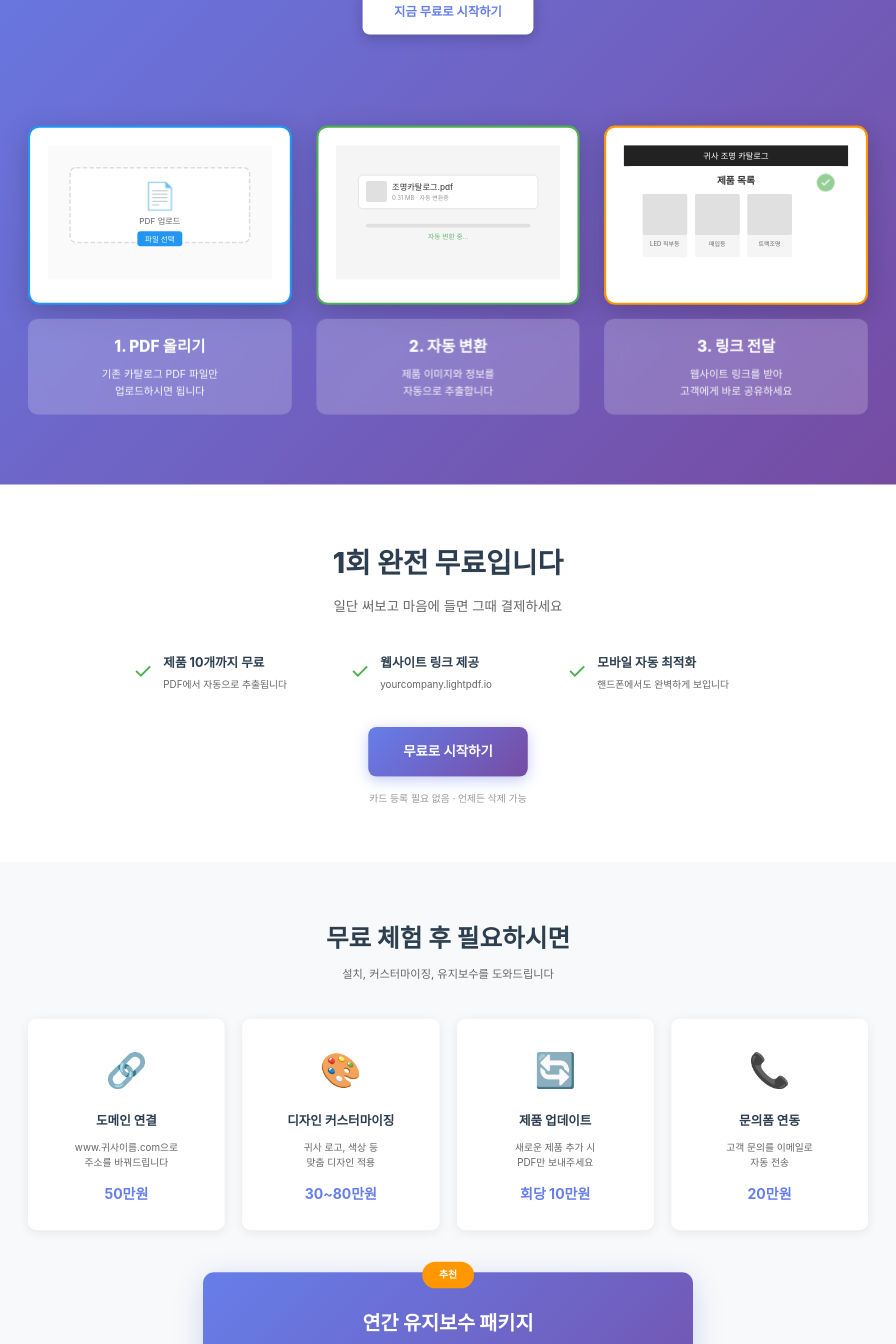
Repository: ororso11/catamaster
Page: frontend/public/index.html
These files come from the project's save history. The page is drawn as it stood at one moment and after the next save; the edit follows.
The browser window is 1280 px wide. The pictures show the part of the page from y = 429 to 2349 px (the page is 4336 px tall), at 70% of full size.

Above is the page before, as saved 2025-10-05 18:14:02.

After the next save:
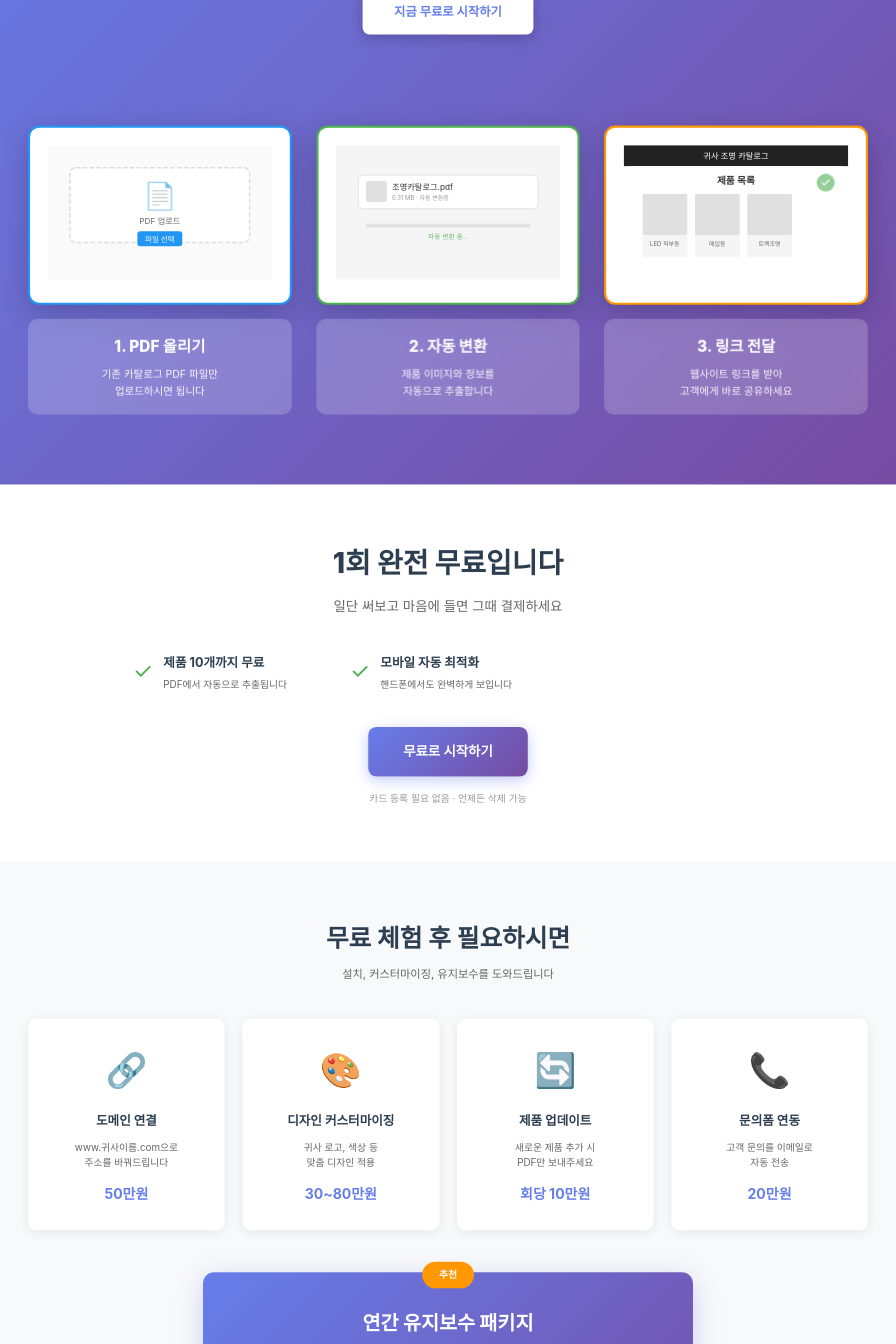
Saved 51 min 44 s later.
--- a/frontend/public/index.html
+++ b/frontend/public/index.html
@@ -119,13 +119,6 @@
                     <div class="trial-feature">
                         <div class="trial-icon">✓</div>
                         <div class="trial-text">
-                            <h4>웹사이트 링크 제공</h4>
-                            <p>yourcompany.lightpdf.io</p>
-                        </div>
-                    </div>
-                    <div class="trial-feature">
-                        <div class="trial-icon">✓</div>
-                        <div class="trial-text">
                             <h4>모바일 자동 최적화</h4>
                             <p>핸드폰에서도 완벽하게 보입니다</p>
                         </div>
